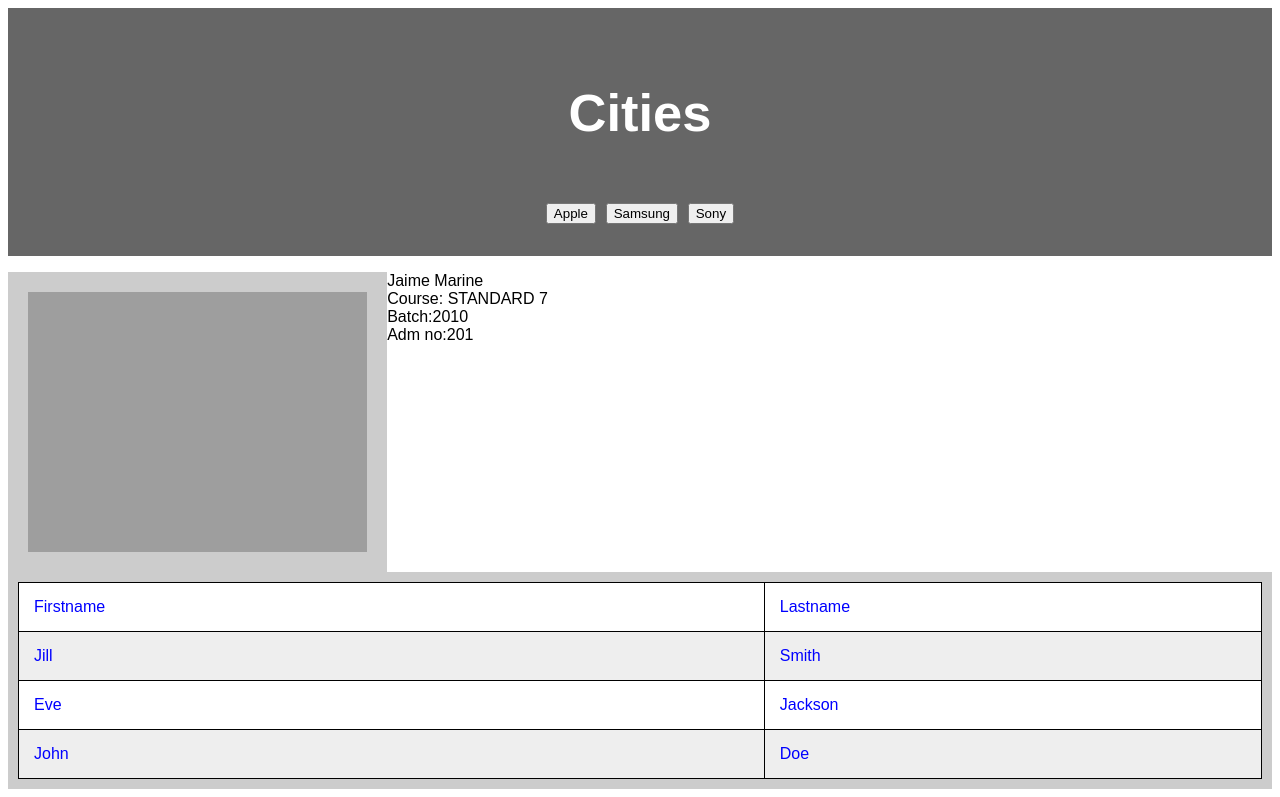
Repository: sandunigayanjali/Library_System
Page: http://localhost/library_management/studentProfile2.jsp
These files come from the project's save history. The page is drawn as it stood at one moment and after the next save; the edit follows.
The browser window is 1280 px wide. The pictures show the whole page.
Pictures or frames that could not be fetched are drawn as grey boxes. The page is served by Tomcat 9.

Above is the page before, as saved 2018-11-23 16:03:58.

### library management/WebContent/studentProfile2.jsp
<%@ page language="java" contentType="text/html; charset=ISO-8859-1"
    pageEncoding="ISO-8859-1"%>
<!DOCTYPE html PUBLIC "-//W3C//DTD HTML 4.01 Transitional//EN" "http://www.w3.org/TR/html4/loose.dtd">
<html>
<head>
 <meta charset="utf-8">
<meta name="viewport" content="width=device-width, initial-scale=1">
<title>Insert title here</title>

<style>
* {
    box-sizing: border-box;
}

body {
    font-family: Arial, Helvetica, sans-serif;
}

/* Style the header */
header {
    background-color: #666;
    padding: 30px;
    text-align: center;
    font-size: 35px;
    color: white;
}

/* Create two columns/boxes that floats next to each other */
aside{
    float: left;
    width: 30%;
    height: 300px; /* only for demonstration, should be removed */
    background: #ccc;
    padding: 20px;
}

/* Style the list inside the menu */
nav ul {
    list-style-type: none;
    padding: 0;
}

article {
    float: left;
    padding: 20px;
    width: 70%;
    background-color: #ccc;
    height: 300px; /* only for demonstration, should be removed */
}

/* Clear floats after the columns */
section:after {
    content: "";
    display: table;
    clear: both;
}

/* Style the footer */
footer {
    background-color: #ccc;
    padding: 10px;
    text-align: center;
    color: white;
}

/* Responsive layout - makes the two columns/boxes stack on top of each other instead of next to each other, on small screens */
/*@media (max-width: 600px) {
    nav, article {
        width: 100%;
        height: auto;
    }
}*/

table {
    width:100%;
}
table, th, td {
    border: 1px solid black;
    border-collapse: collapse;
    padding:3px;
}
th, td {
    padding: 15px;
    text-align: left;
}
table#t01 tr:nth-child(even) {
    background-color: #eee;

}
table#t01 tr:nth-child(odd) {
   background-color: #fff;

}
table{
border-spacing:3px;
}

</style>

</head>
<body>

<header>
  <h2>Cities</h2>

  <div class="container">
 <div class="btn-group">
 <align="left">   <button type="button" class="btn btn-primary" >Apple</button>
    <button type="button" class="btn btn-primary">Samsung</button>

    <button type="button" class="btn btn-primary dropdown-toggle" data-toggle="dropdown">
    Sony<span class="caret"></span></button>
  </align>
</header>





<section>
<aside>
<img src="F:\library mangement\man.jpg" alt="Smiley face" width="100%" height="100%" align="left"></div>

</aside>
  <nav>
    <ul>
      <li>Jaime Marine</li>
      <li>Course: STANDARD 7</li>
      <li>Batch:2010</li>
       <li>Adm no:201</li>
    </ul>
  </nav>


</section>
<center>
<footer>
<font color="blue" border-spacing:"3px">
 <table id="t01" >
  <tr>
    <td width=60%>Firstname</td>
    <td width=40%>Lastname</td>

  </tr>
  <tr>
    <td width=60%>Jill</td>
    <td width=40%>Smith</td>

  </tr>
  <tr>
    <td width=60%>Eve</td>
    <td width=40%>Jackson</td>

  </tr>
  <tr>
    <td width=60%>John</td>
    <td width=40%>Doe</td>

  </tr>
</table>
</font>
</footer></center>
</body>
</html>

After the next save:
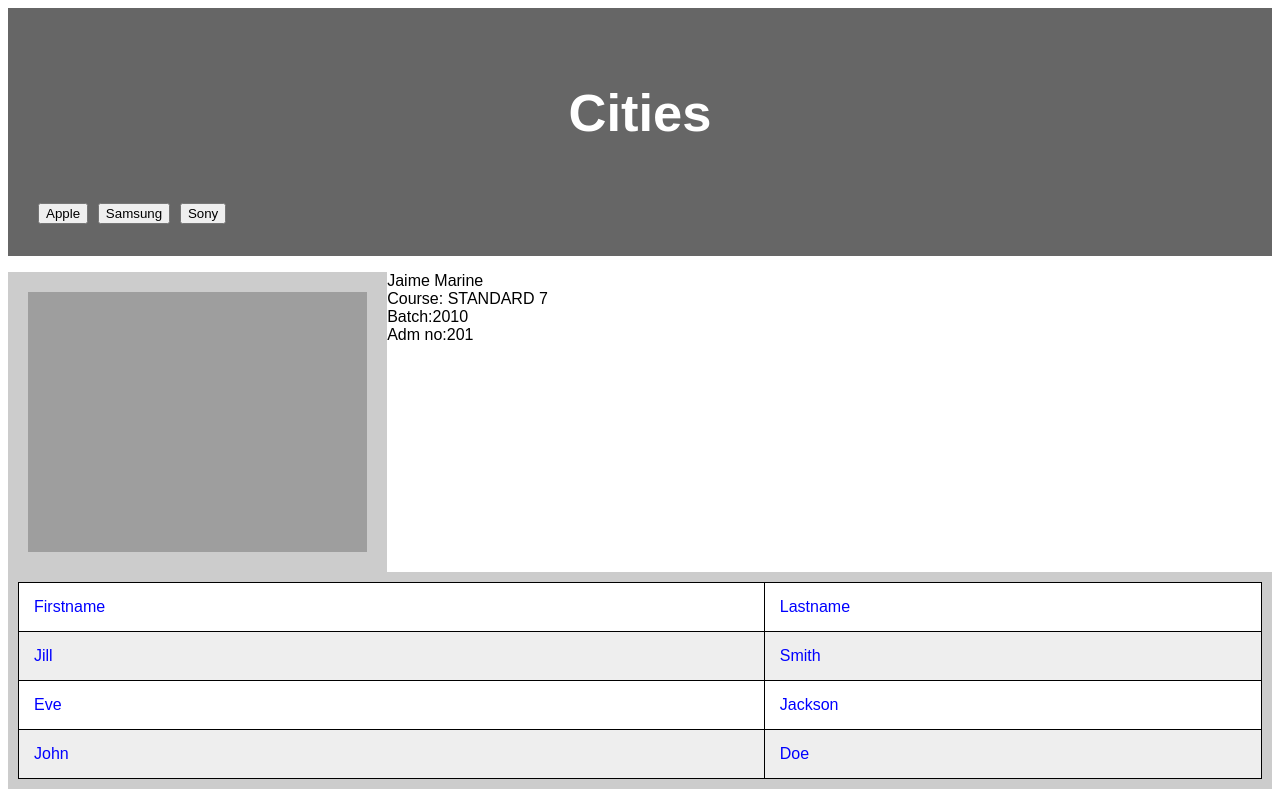
Saved 5 min 59 s later.
--- a/library management/WebContent/studentProfile2.jsp
+++ b/library management/WebContent/studentProfile2.jsp
@@ -104,7 +104,7 @@ border-spacing:3px;
   <h2>Cities</h2>
 
   <div class="container">
- <div class="btn-group">
+ <div class="btn-group" align="left">
  <align="left">   <button type="button" class="btn btn-primary" >Apple</button>
     <button type="button" class="btn btn-primary">Samsung</button>
 
